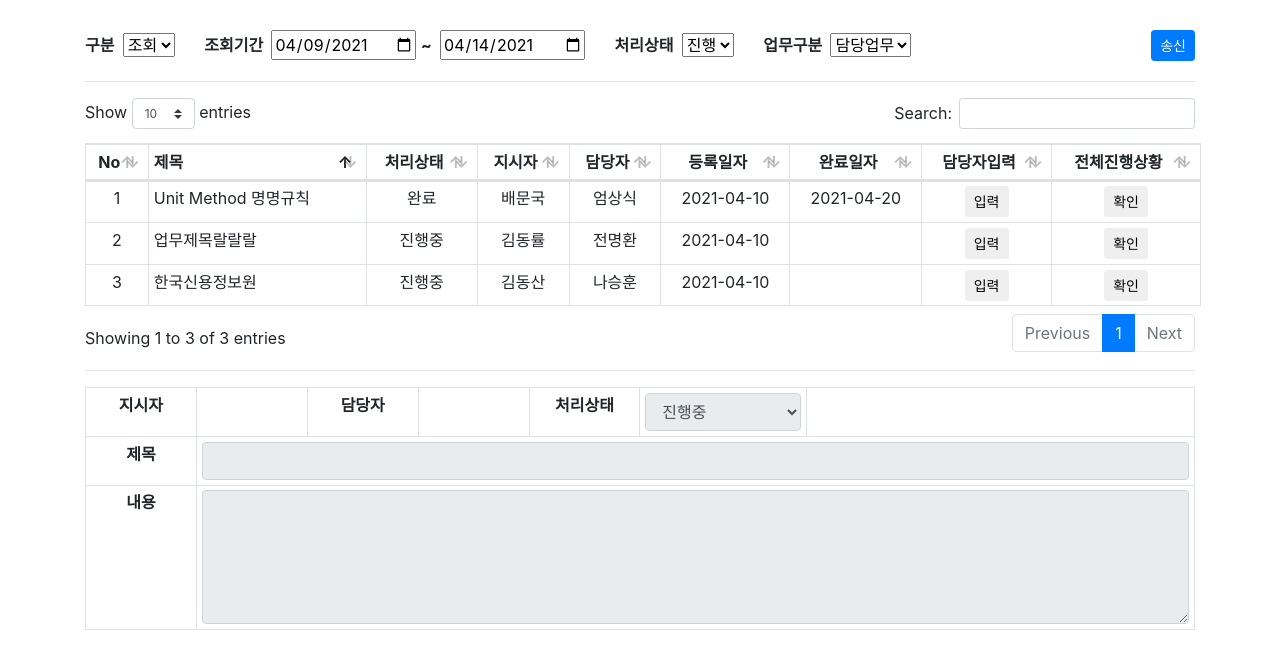
Repository: jungtaeyong/FSB_Project
Page: http://localhost/FsbJobMgt/main.jsp
An editor plug-in stored every save of this project. The page is shown before and after the next save, followed by the edit.
The browser window is 1280 px wide. The pictures show the whole page.
The page is served by Tomcat 9.

Above is the page before, as saved 2021-04-16 03:40:40.

After the next save:
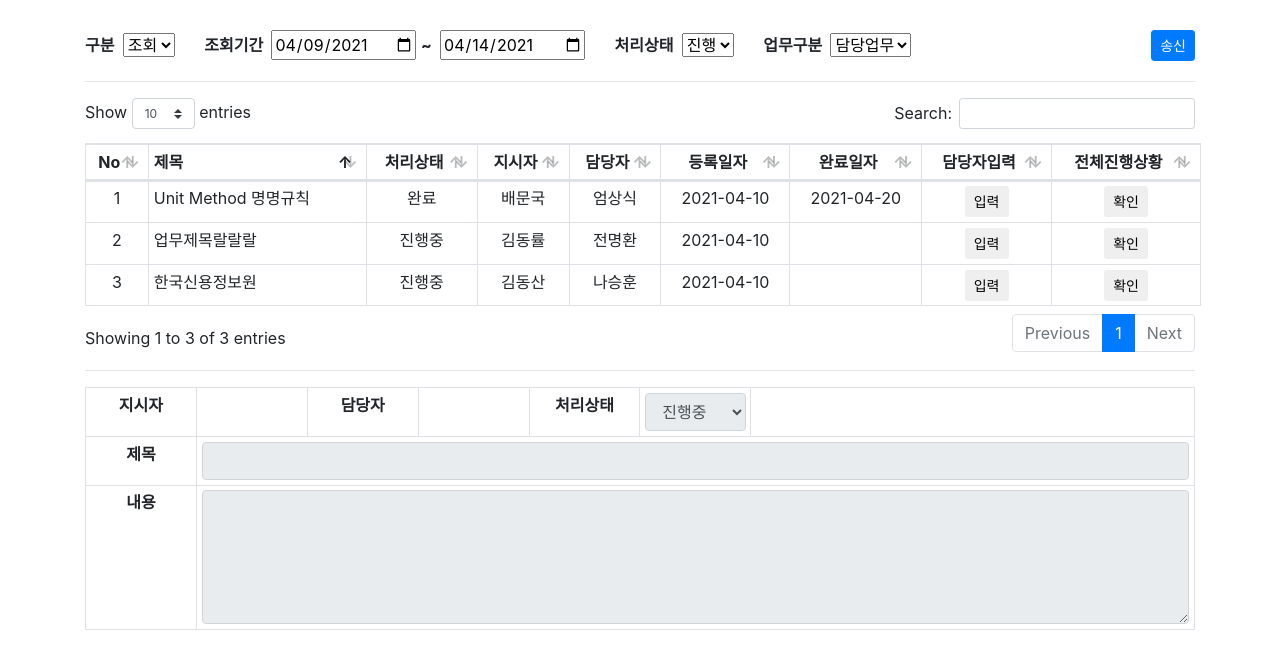
Saved 30 s later.
--- a/FsbJobMgt/WebContent/main.jsp
+++ b/FsbJobMgt/WebContent/main.jsp
@@ -271,7 +271,7 @@ function updateJob(){
 					<button id="BZWR_EXC_CHGR_BTN" class="btn btn-sm btn-info" style="display:none">선택</button>
 				</td>
 				<th scope="col" width="10%">처리상태</th>
-				<td scope="col" width="15%">
+				<td scope="col" width="10%">
 					<select id="BZWR_STS_2" class="form-control" disabled>
 					    <option value="01">진행중</option>
 					    <option value="02">완료</option>
